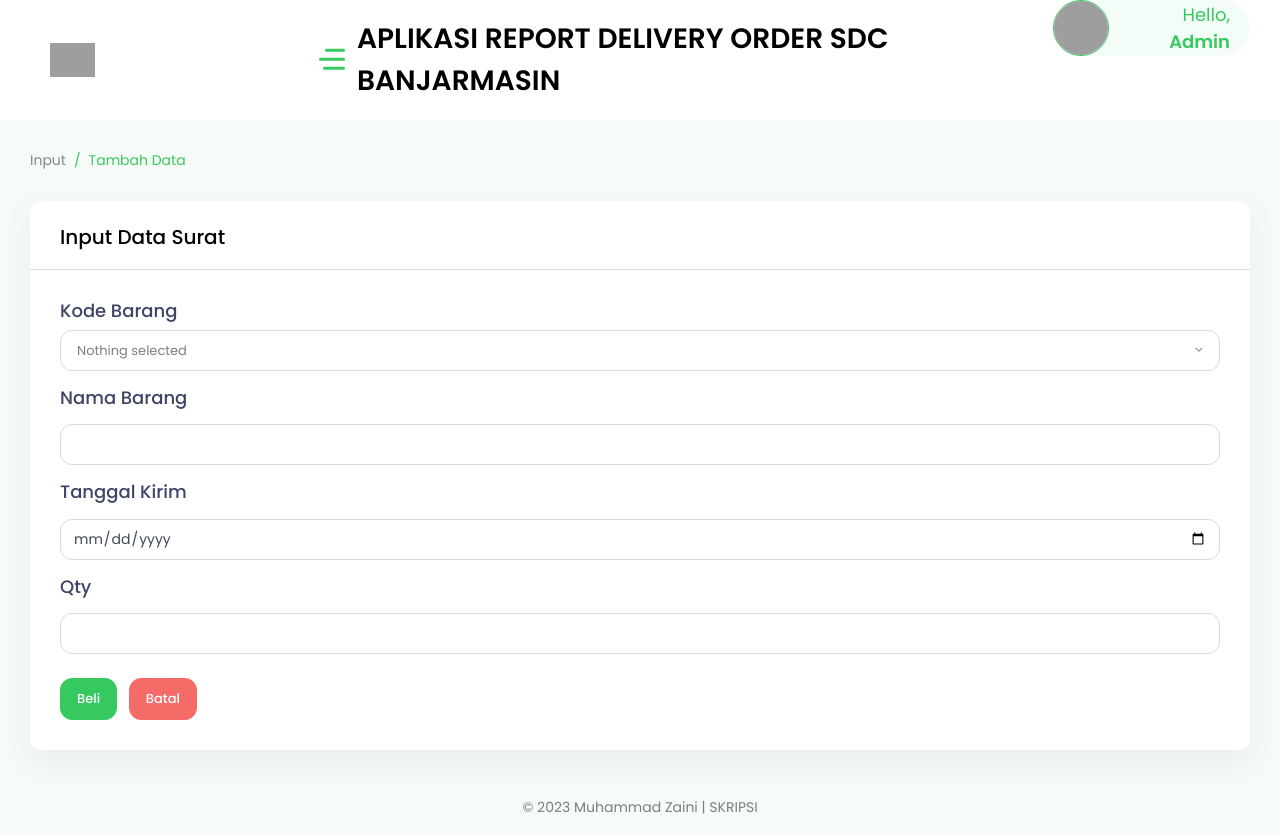
Repository: muhammadzainiy31/skripsi
Page: http://localhost/surat/beli.php
An editor plug-in stored every save of this project. The page is shown before and after the next save, followed by the edit.
The browser window is 1280 px wide. The pictures show the whole page.
Pictures or frames that could not be fetched are drawn as grey boxes. The page is run by PHP 8.4 with error messages shown; the project is at /var/www/html/. The database holds what the project's SQL file puts in it.

Above is the page before, as saved 2023-07-01 21:22:23.

After the next save:
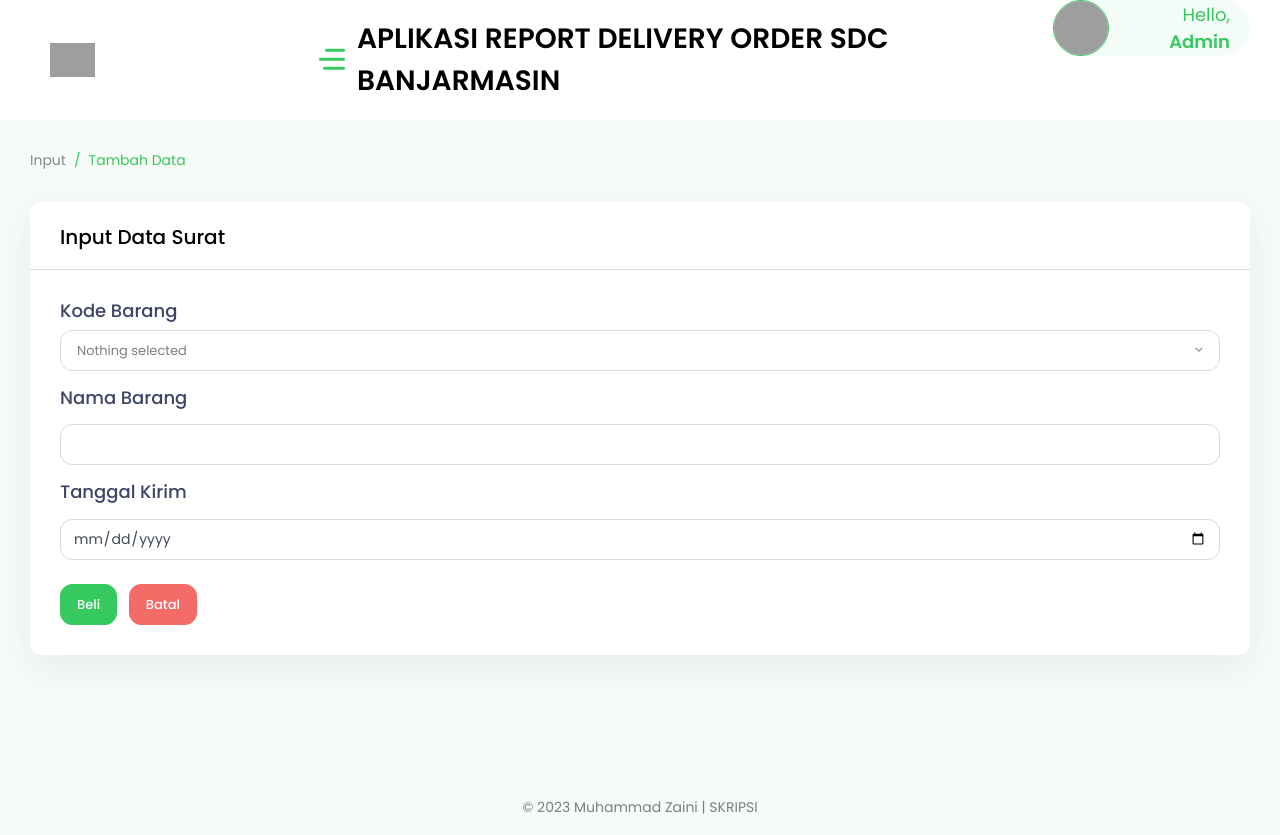
Saved 8 min 32 s later.
--- a/surat/beli.php
+++ b/surat/beli.php
@@ -89,11 +89,6 @@
                                             <input type="date" class="form-control input-default" name="tanggal_kirim" placeholder="Masukkan Tanggal Kirim">
                                         </div>
 
-                                        <div class="form-group">
-                                            <h4><label for="qty">Qty</label></h4>
-                                            <input type="number" class="form-control input-default" name="qty[]" id="qty" min="1" required>
-                                        </div>
-
                                         <div class="mt-4"></div>
                                         <button class="btn btn-primary mr-2" name="simpan">Beli</button> <!-- Mengubah label tombol menjadi "Beli" -->
                                         <a href="index.php" class="btn btn-danger">Batal</a>
